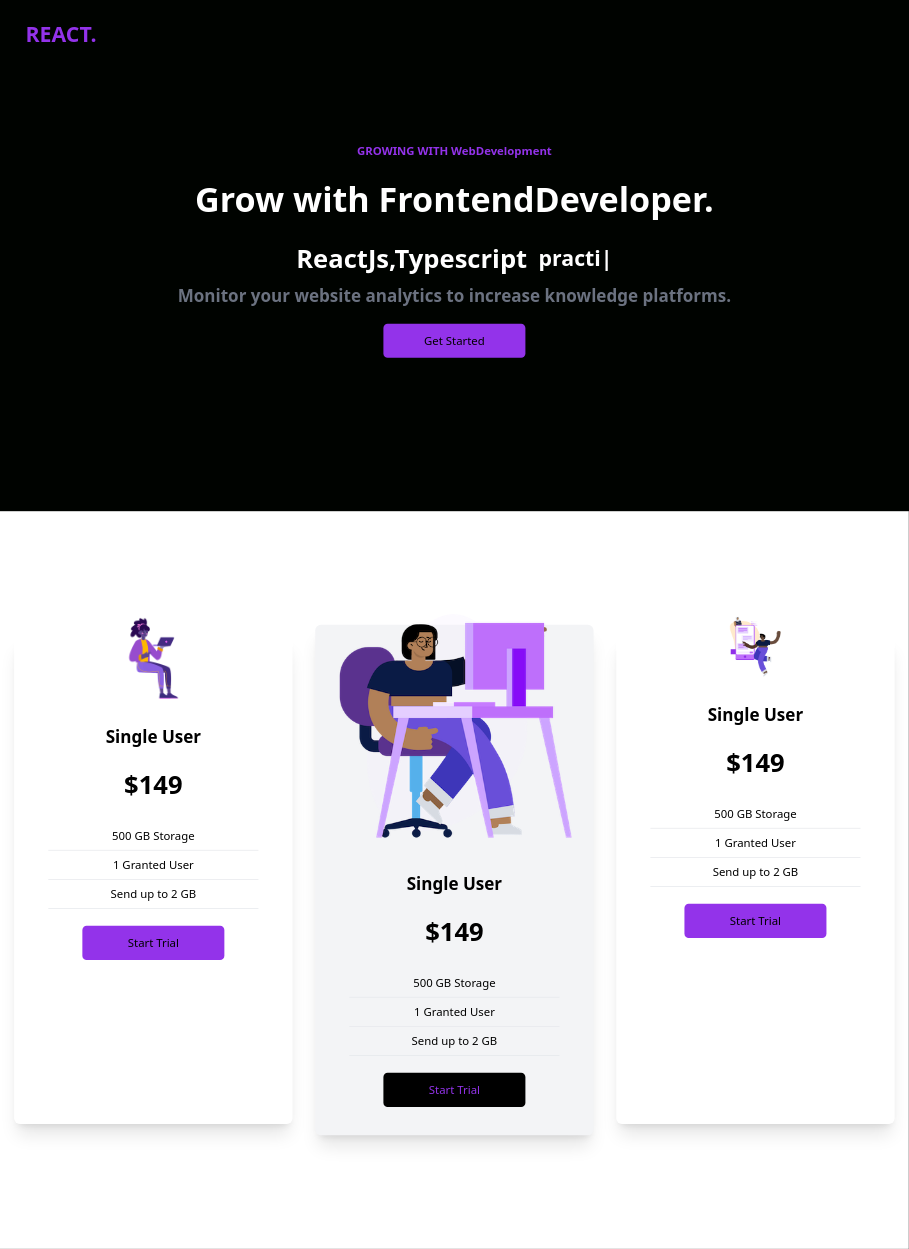
Repository: OmniaRafat232111121/tailwindreact
Page: /
These files come from the project's save history. The page is drawn as it stood at one moment and after a run of saves; the edit follows.
The browser window is 1280 px wide. The pictures show the whole page, at 71% of full size.
The project was rebuilt for these pictures with package versions that can differ from the ones it lists, and the page was loaded fresh each time.

Above is the page before, as saved 2022-09-11 13:22:25.

After the next 2 saves:
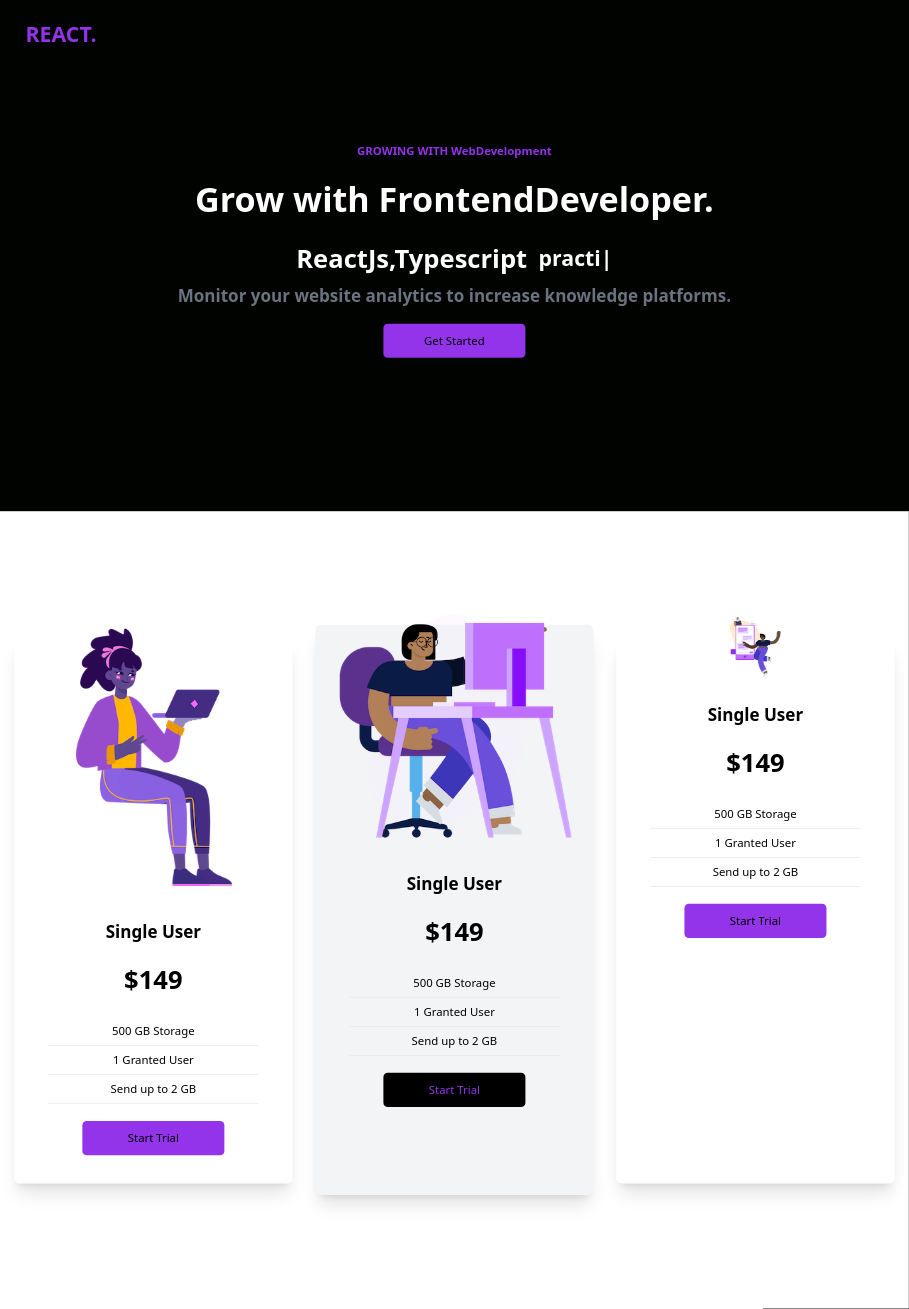
The 2 saves are shown as one change because they came seconds apart.
The last was saved 16 s later.
--- a/src/components/Cards.jsx
+++ b/src/components/Cards.jsx
@@ -8,7 +8,7 @@
     <div className='w-full py-[10rem] px-4 bg-white'>
       <div className='max-w-[1240px] mx-auto grid md:grid-cols-3 gap-8'>
           <div className='w-full shadow-xl flex flex-col p-4 my-4 rounded-lg hover:scale-105 duration-300'>
-              <img className='w-20 mx-auto mt-[-3rem] bg-white' src={Single} alt="/" />
+              <img className='w-30 mx-auto mt-[-3rem] bg-white' src={Single} alt="/" />
               <h2 className='text-2xl font-bold text-center py-8'>Single User</h2>
               <p className='text-center text-4xl font-bold'>$149</p>
               <div className='text-center font-medium'>
